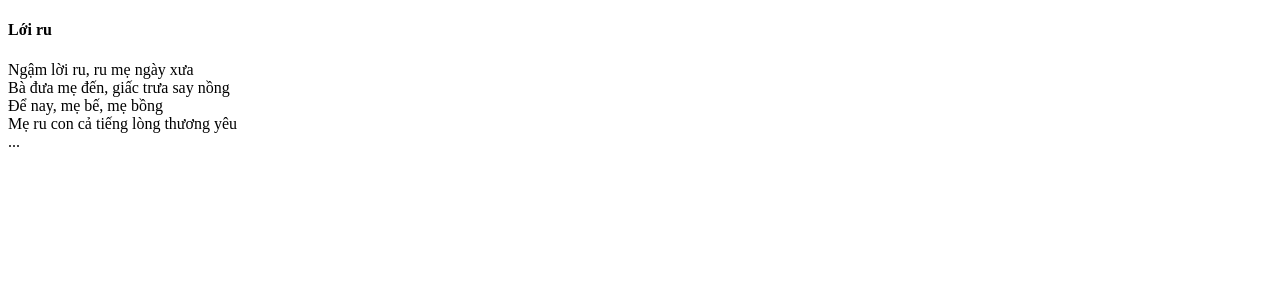
Repository: Tan-Khang21/TH_TKW--Buoi_07
Page: Bai_Tap_Mau/Bai_03/Shadow2.html
These files come from the project's save history. The page is drawn as it stood at one moment and after the next save; the edit follows.
The browser window is 1280 px wide. The pictures show the whole page.

Above is the page before, as saved 2024-03-12 15:44:31.

After the next save:
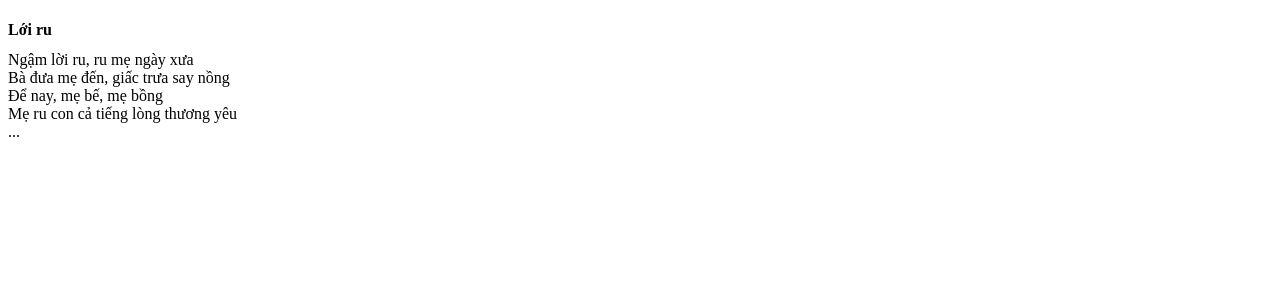
Saved 19 s later.
--- a/Bai_Tap_Mau/Bai_03/Shadow2.html
+++ b/Bai_Tap_Mau/Bai_03/Shadow2.html
@@ -7,9 +7,8 @@
   </head>
   <body>
     <div>
-
-      <p>
-         <h4>Lới ru</h4>
+      <h4>Lới ru</h4>
+      <p style="margin-top: -10px">
         Ngậm lời ru, ru mẹ ngày xưa <br />
         Bà đưa mẹ đến, giấc trưa say nồng <br />
         Để nay, mẹ bế, mẹ bồng <br />
